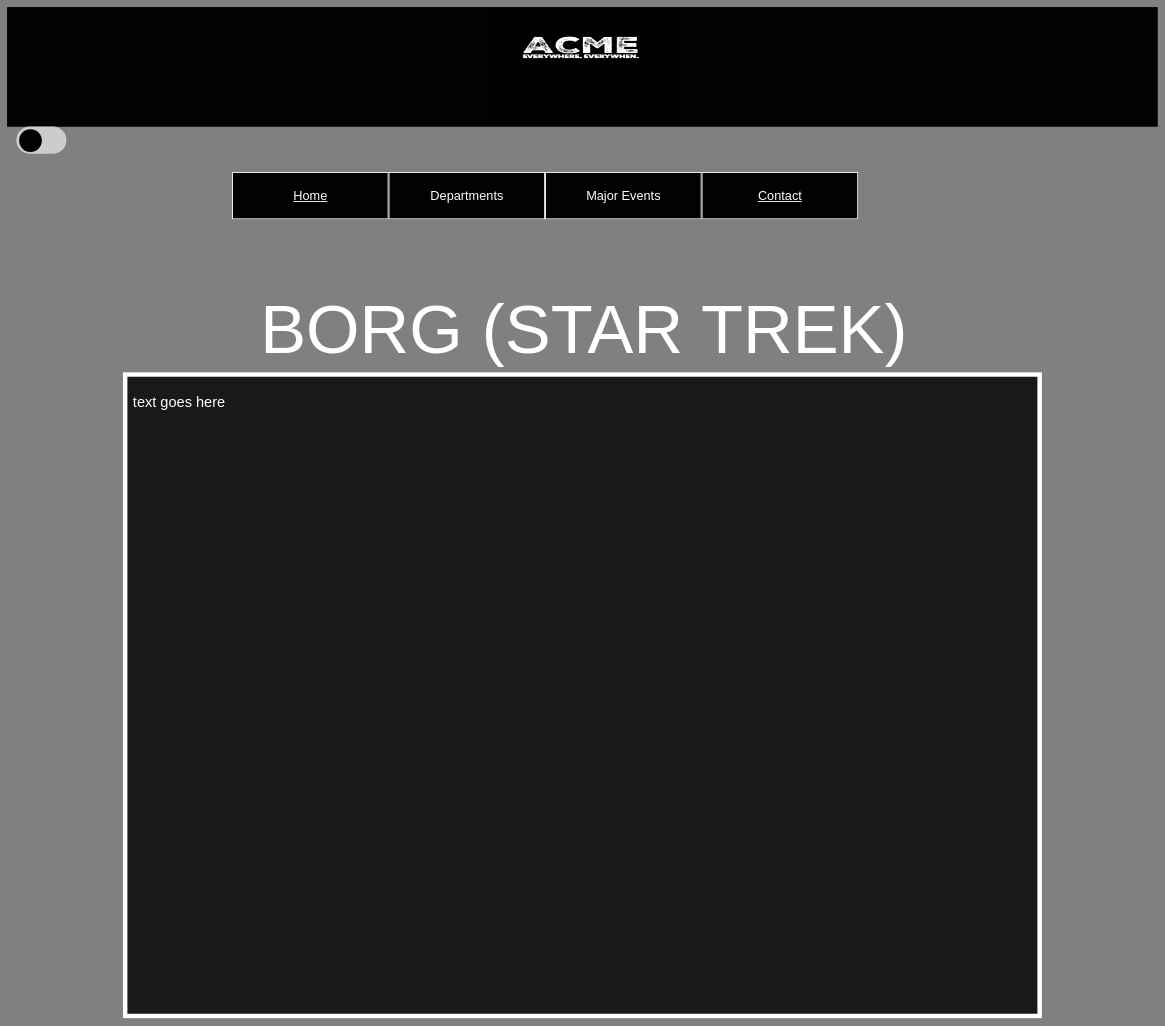
Repository: omega7379/omega7379.github.io
Page: borg.html
An editor plug-in stored every save of this project. The page is shown before and after the next save, followed by the edit.
The browser window is 1280 px wide. The pictures show the whole page, at 91% of full size.

Above is the page before, as saved 2022-07-02 17:19:41.

### borg.html
<!--created by Josip Bailey
Created 250122, Last Update 240622-->
<!DOCTYPE html>
<!--meta data-->
<meta charset="UTF-8">
<meta http-equiv="X-UA-Compatible" content="IE=edge">
<meta name="viewport" content="width=device-width, initial-scale=1.0">

<html lang="en">
    <body class="background">
        <header>
            <head>
                <!--tab title-->
                <title>ACME TIKTOK</title>
                <link rel="icon" href="acmeanvil.png">

                <!--import css-->
                <link id = "theme" rel="stylesheet" type="text/css" href="acmeStyleGuideDark.css">
            </head>

            <div class="top">
                <img src="acmelogo.png" alt="Homescreen Logo" width="200" height="125">
            </div>
        </header>
        <!--main section-->
        <main>
            <!--create toggle button to adjust switch colour-scheme-->
            <span class="toggle">
                <label class="switch" onclick="toggleTheme()">
                    <input type="checkbox">
                    <span class="slider"></span>
                </label>
            </span>

            <!--dropdown menu-->
            <div class="wrapper">
                <ul>
                    <li><a href="home.html">Home</a></li>
                    <li>Departments
                        <ul>
                            <li>Support
                                <ul>
                                    <li><a href="villianSupport.html">Villian Support</a></li>
                                    <li><a href="heroSupport.html">Hero Support</a></li>
                                    <li><a href="sidekickSupport.html">Sidekick Support</a></li>
                                    <li><a href="antiheroSupport.html">Antihero Support</a></li>
                                    <li><a href="memberSolutions.html">Member Solutions</a></li>
                                    <li><a href="itSupport.html">IT Support</a></li>
                                </ul>
                            </li>
                            <li>Corporate
                                <ul>
                                    <li><a href="corporate.html">Corporate</a></li>
                                    <li><a href="legal.html">Legal</a></li>
                                    <li><a href="collections.html">Collections</a></li>
                                    <li><a href="buildCrew.html">Build Crew</a></li>
                                    <li><a href="marketing.html">Marketing</a></li>
                                    <li><a href="communications.html">Communications</li>
                                    <li><a href="letters.html">Letters</a></li>
                                    <li><a href="humanResources.html">Human Resources</a></li>
                                    <li><a href="transportation.html">Transportation</a></li>
                                    <li><a href="publicRelations.html">Public Relations</a></li>
                                    <li><a href="evidenceDisposal.html">Evidence Disposal</a></li>
                                </ul>
                            </li>
                        </ul>
                    </li>
                    <li>Major Events
                        <ul>
                            <li><a href="borg.html">Borg Attack</a></li>
                            <li><a href="ork.html">Ork Invasion</a></li>
                            <li><a href="councilWar.html">Council War</a></li>
                            <li><a href="timeKeepers.html">Time Keepers</a></li>
                            <li><a href="TerryEscape.html">Terry's Escape</a></li>
                            <li><a href="hacked.html">The Hacker</a></li>
                        </ul>
                    </li>
                    <li><a href="contact.html">Contact</a></li>
                </ul>
            </div>
        </br></br></br>
            <div class="title">
                <p>BORG (STAR TREK)</p>
            </div>
            <!--main table holding the contents of the page-->
            <div class="contentTable">
                <table>
                    <tr><td>
                        <!--contents of page go here-->
                        <p>
                            text goes here
                        </p>
                    </tr></td>
                </table>
            </div>
        </main>
        <script type="text/javascript" src="acmejs.js"></script>
    </body>
</html>

### acmeStyleGuideDark.css
/*CSS webpage dark mode ACME, created by Josip Bailey
created 170122, last update 170622*/

/*header styling applying black to expand image without stretching*/
div.top {
    border: 1px solid #010203;
    background-color: #010203;
    text-align: center;
    align-content: center;
}
.title{
    font-size: 2cm;
    margin: auto;
    text-align: center;
    align-content: center;
}

/*start of the toggle button might delete*/
div.toggle{
    position: absolute;
    top: 50%;
    left:50%;
    transform: translate(-50%,-50%);
    text-align: left;
}
.switch{
    position: relative;
    display: inline-block;
    width: 55px;
    height: 30px;
    margin: 0 10px;

}
.slider{
    position: absolute;
    cursor: pointer;
    top: 0;
    left: 0;
    right: 0;
    bottom: 0;
    background-color: #ccc;
    transition: 0.4s;
    border-radius: 18px;
}
.switch input {display: none;}
.slider:before{
    position: absolute;
    content:"";
    height: 25px;
    width: 25px;
    left: 2.5px;
    bottom: 2.5px;
    background-color: #010203;
    transition: 0.4s;
    border-radius: 25px;
}
input:checked + .slider{
    background-color: #ccc;
}

input:checked + .slider:before{
    transform: translateX(25px);
}
/*end of button styling*/

/*background*/
.background{
    background-color: grey;
}

/*adjust text*/
p{
    margin-bottom: 4px;
    margin-left: 3px;
    font-family: Arial, Helvetica, sans-serif;
    color: white;
}
.chapter{
    margin-bottom: 8px;
    font-family: Arial, Helvetica, sans-serif;
    color: white;
    font-size: 1cm;
    text-align: center;
}

/*contentTable styling*/
.contentTable{
    border: 5px solid white;
    background-color: #181A18;
    max-width: 1000px;
    margin: auto;
    height: 700px;
    overflow: scroll;
}
.contentTablePDF{
    border: 5px solid white;
    /*background-color: #181A18;*/
    max-width: 1000px;
    margin: auto;
    height: 700px;
}
::-webkit-scrollbar{
    width: 12px;
    height: 12px;
}
::-webkit-scrollbar-thumb {
    background: white;
    border-radius: 10px;
}
::-webkit-scrollbar-thumb:hover {
    background: crimson;
}

/*drop down menu*/
.wrapper{
    width: 850px;
    margin: auto;
}
.wrapper ul{
    list-style: none;
    margin-top: 5px;
}
.wrapper ul li{
    background: #010203;
    width: 170px;
    border: 1px solid white;
    height: 50px;
    line-height: 50px;
    text-align: center;
    float: left;
    color: white;
    font-size: 14px;
    position: relative;
    font-family: Arial, Helvetica, sans-serif;
}
.wrapper ul ul{
    display: none;
}
.wrapper ul li:hover{
    background: crimson;
}
/*not broken, just a FEATURE*/
.wrapper ul li:hover > ul{/*messing with padding here to increase mouse accuracy and drop alignment*/
    display: block;
    margin: 0 0 -10em -2em;
    padding: 0 0 -2em 2em;
    z-index: 1;
    position: relative;
}
.wrapper ul ul ul{
    margin-left: 136px;
    top: 0;
    position: absolute;
}
/*adjust hyperlink colours*/
a:link{
    color: white;
}
a:visited{
    color: white;
}
a:hover{
    color: black;
}

### acmejs.js
/*enable switch for css pages-->*/
/*function toggleTheme(){
    var theme = document.getElementsByTagName('link')[0];
    if (theme.getAttribute('href') == 'acmeStyleGuideDark.css'){
        theme.setAttribute('href', 'acmeStyleGuideLight.css');
    }
    else {
        theme.setAttribute('href', 'acmeStyleGuideDark.css');
    }
}*/

function toggleTheme(){
    document.getElementsById('theme').href='acmeStyleGuideLight'
}

After the next save:
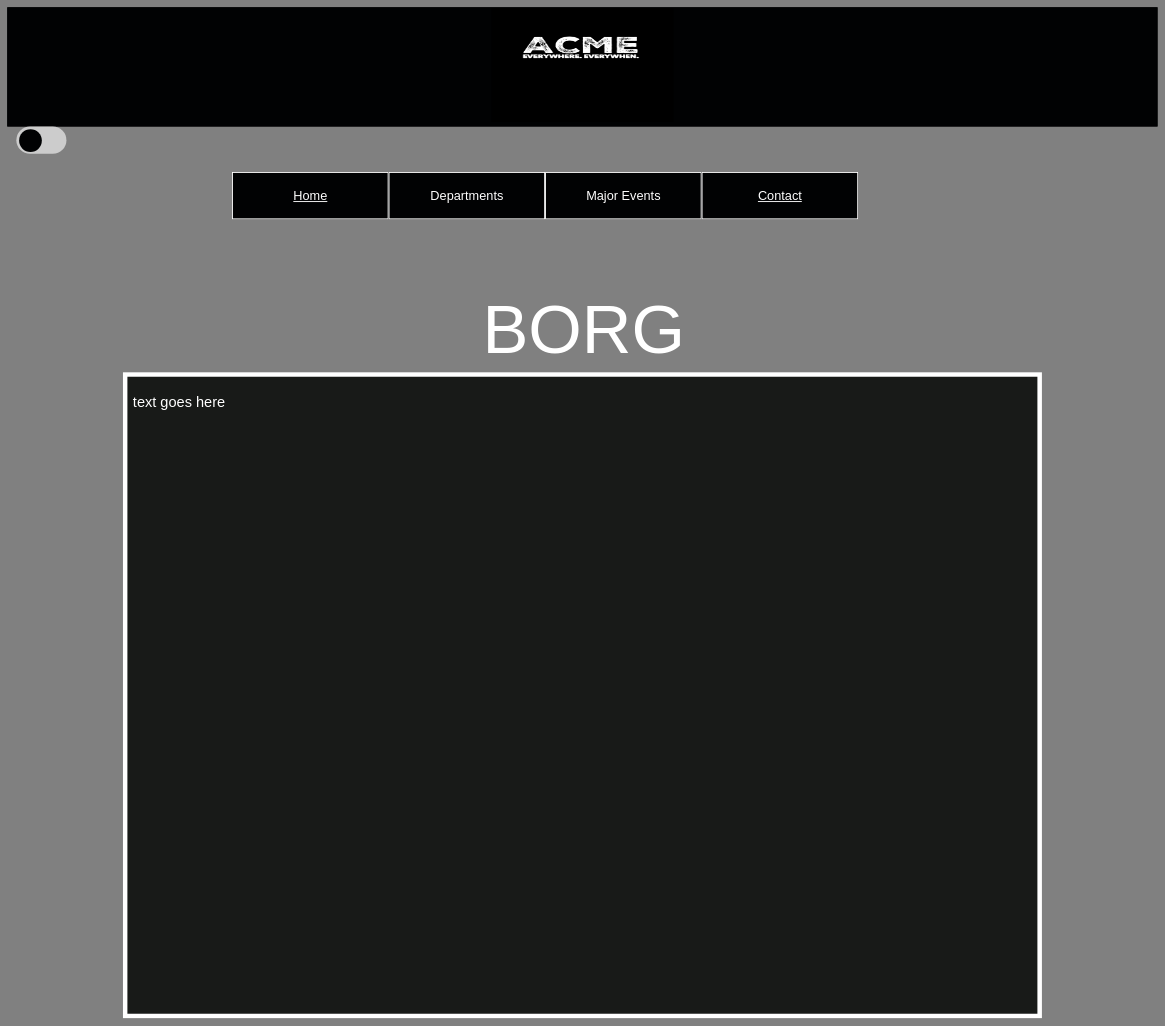
Saved 17 s later.
--- a/borg.html
+++ b/borg.html
@@ -80,7 +80,7 @@
             </div>
         </br></br></br>
             <div class="title">
-                <p>BORG (STAR TREK)</p>
+                <p>BORG </p>
             </div>
             <!--main table holding the contents of the page-->
             <div class="contentTable">
